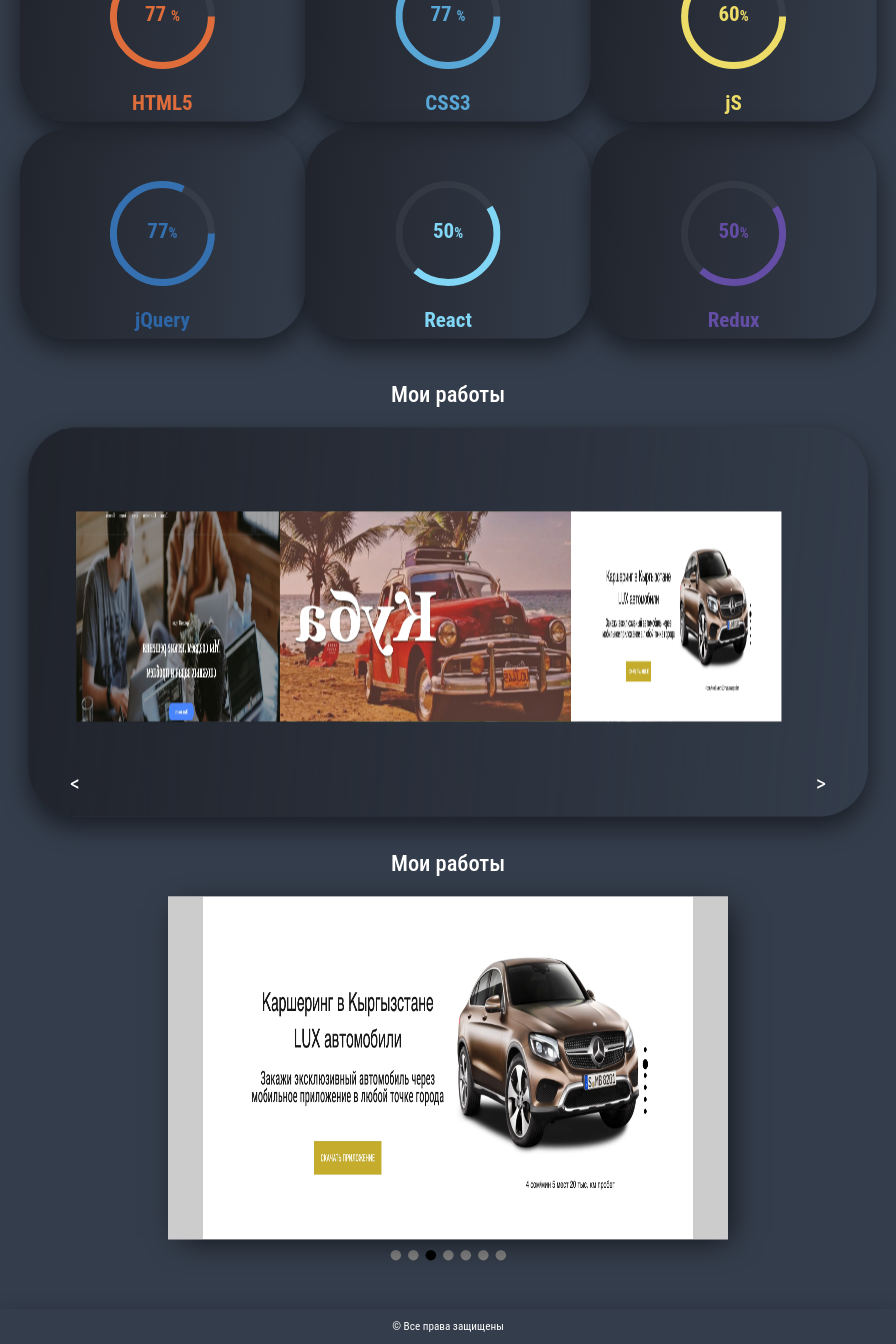
Repository: aligadzhiev0595/my-portfolio
Page: index.html
An editor plug-in stored every save of this project. The page is shown before and after the next save, followed by the edit.
The browser window is 1280 px wide. The pictures show the part of the page from y = 1792 to 3712 px (the page is 3712 px tall), at 70% of full size.
The style sheet was rebuilt from its Sass, Less or Tailwind sources for each picture, by a compiler version that may differ from the author's.

Above is the page before, as saved 2021-05-09 21:00:32.
Console error: TypeError: Cannot read properties of null (reading 'classList')

After the next save:
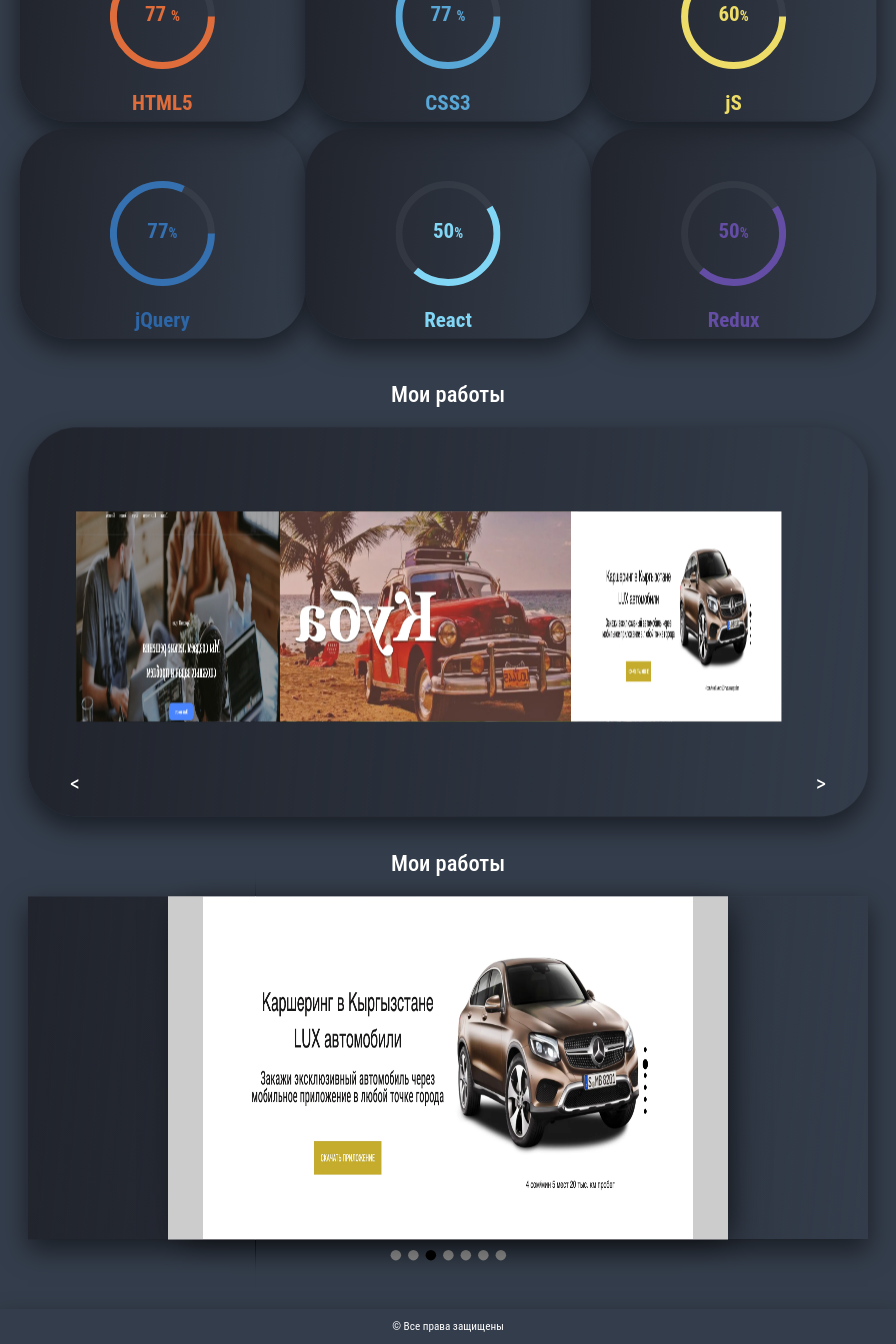
Saved 4 min 18 s later.
--- a/src/scss/_carousel.scss
+++ b/src/scss/_carousel.scss
@@ -8,6 +8,8 @@
         width: 100%;
         display: flex;
         justify-content: center;
+        box-shadow: 0 15px 35px rgba(0, 0, 0, 0.5);
+        background: linear-gradient(95deg, rgb(33, 36, 44) 0%, rgba(15, 15, 16, 0) 100%);
     }
     .slider-wrapper{
         max-width: 800px;
